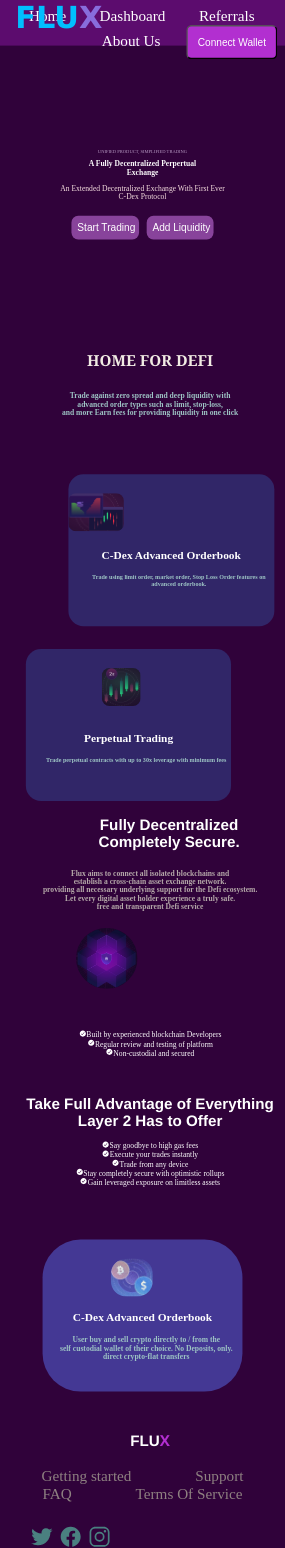
Repository: Tobby004/Flux-figma
Page: index.html
The author's editor kept a copy of each file at every save. The page is drawn from the files as they stood at one save, then again after the next save.
The browser window is 375 px wide. The pictures show the whole page, at 76% of full size.

Above is the page before, as saved 2023-04-28 21:44:25.

### index.html
<!DOCTYPE html>
<html lang="en">
<head>
    <meta charset="UTF-8">
    <meta http-equiv="X-UA-Compatible" content="IE=edge">
    <meta name="viewport" content="width=device-width, initial-scale=1.0">
    <title>Flux Template</title>
    <link rel="stylesheet" href="style.css">
</head>
<body>
    <header>
        <b>FLU<a>X</a></b>
    </header>
   <nav>
    <ul>
        <li><a href="#">Home</a></li>
        <li><a href="#">Dashboard</a></li>
        <li><a href="#">Referrals</a></li>
        <li><a href="#">About Us</a></li>
        <button>Connect Wallet</button>
    </ul>
   </nav>
    <br><br>
    <h4>UNIFIED PRODUCT, SIMPLIFIED TRADING</h4>
    <h2> A Fully Decentralized Perpertual <br>Exchange </h2>
    <p>An Extended Decentralized Exchange With First Ever <br>C-Dex Protocol</p>
    <div class="button">
        <input type="button" value="Start Trading">
        <input type="button" value="Add Liquidity">
    </div>
<br>
<br>
<div class="section1">
    <h4>HOME FOR DEFI</h4>
    <p>Trade against zero spread and deep liquidity with<br> advanced order types such as limit, stop-loss,<br> and more Earn fees for providing liquidity in one click</p>
</div>
<br><br>
<div class="box">
    <div class="box1">
       <img src="img1.jpg">
  <h3>C-Dex Advanced Orderbook</h3>
  <p>Trade using limit order, market order, Stop Loss Order features on <br>advanced orderbook.</p>
    </div>
    <div class="box2">
        <img src="img2.jpg">
        <h3>Perpetual Trading</h3>
        <p>Trade perpetual contracts with up to 30x leverage with minimum fees</p>
    </div>
</div>
<section>
    <h1>Fully Decentralized <br>Completely Secure.</h1>
    <h6>Flux aims to connect all isolated blockchains and <br>establish a cross-chain asset exchange network.<br>providing all necessary underlying support for the Defi ecosystem.<br> Let every digital asset holder experience a truly safe.<br>free and transparent Defi service</h6>
    <img src="IMG3.jpg">
</section>
    <checkbox>
       <a><ion-icon name="checkmark-circle"></ion-icon>Built by experienced blockchain Developers</i></a>
       <a><ion-icon name="checkmark-circle"></ion-icon>Regular review and testing of platform</a>
       <a><ion-icon name="checkmark-circle"></ion-icon>Non-custodial and secured</a>
       </checkbox>
    <h1>Take Full Advantage of Everything <br>Layer 2 Has to Offer</h1>
    <checkbox>
        <a><ion-icon name="checkmark-circle"></ion-icon>Say goodbye to high gas fees</a>
        <a><ion-icon name="checkmark-circle"></ion-icon>Execute your trades instantly</a>
        <a><ion-icon name="checkmark-circle"></ion-icon>Trade from any device</a>
        <a><ion-icon name="checkmark-circle"></ion-icon>Stay completely secure with optimistic rollups</a>
        <a><ion-icon name="checkmark-circle"></ion-icon>Gain leveraged exposure on limitless assets</a>
    </checkbox>
   <div class="boxing">
    <div class="box3">
        <img src="img5.jpg">
        <h3>C-Dex Advanced Orderbook</h3>
        <p>User buy and sell crypto directly to / from the <br>self custodial wallet of their choice. No Deposits, only. direct crypto-flat transfers</p>
    </div>
   </div>
   <footer>
    <h1>FLU<b>X</b></h1>
    <div class="navmenu">
        <ul>
        <li><a href="#">Getting started</a></li>
        <li><a href="#">Support</a></li>
        <li><a href="#">FAQ</a></li>
        <li><a href="#">Terms Of Service</a></li>
        </ul>
    </div>
    <icon1>
    <ion-icon name="logo-twitter"></ion-icon>
    <ion-icon name="logo-facebook"></ion-icon>
    <ion-icon name="logo-instagram"></ion-icon>
    </icon>
   </footer>
   <span></span>
</body>
<script type="module" src="https://unpkg.com/ionicons@7.1.0/dist/ionicons/ionicons.esm.js"></script>
</html>

### style.css
*{
    box-sizing: border-box;
}
body {
    margin: 0;
    padding: 0;
    background-color: #30023a;
}
nav {
    background-color: #5c0c6e;
    height: 60px;
}
nav ul {
    margin: auto;
    text-align: end;
    padding: 10px;
}
nav li {
display: inline-block;
}
header b {
    font-family: Verdana, Geneva, Tahoma, sans-serif;
    color: deepskyblue;
    position: absolute;
    margin-left: 20px;
    font-size: 40px;
}
header b:hover{
    transition: all 2s;
    color: black;
    background: cornsilk;
}
header b a{
    color: rgb(136, 109, 220);
}
nav a {
    text-decoration: none;
    padding: 10px;
    color: white;
    font-size: 20px;
    margin-right: 20px;
}
li a:hover{
    color: yellow;
    background: wheat ;
    transition: all 4s;
    padding: 5px;
}
button{
    padding: 13px;
    background: #b22fd0;
    border-radius: 7px;
    color: white;
}
h4 {
    margin-top: 100px;
    text-align: center;
    color: rgb(185, 156, 197);
}
h2 {
    text-align: center;
    font-size: 50px;
    color: white;
}
p {
    text-align: center;
    color: rgb(248, 225, 225);
}
.button {
    display: flex;
    padding: 10px;
    gap: 10px;
    justify-content: center;
}
input[type="button"]{
    padding: 20px;
    width: 150px;
    border-radius: 9px;
    border: none;
    color: white;
    background-color: rgb(136, 67, 155);
}
 div h4 {
    color: rgb(241, 235, 227);
    font-size: 40px;
    font-weight: lighter;

}
 div p {
    color: rgb(158, 197, 197);
    font-size: 20px;
    font-weight: lighter;
}
.box {
    display: flex;
    gap: 20px;
    margin-left: 100px;
}
.box1{
    height: 290px;
    width: 580px;
    background-color: rgb(49, 38, 104);
    border-radius: 20px;
}
.box1 h3 {
    text-align: center;
    color: white;
    font-size: 25px;
    margin-top: 20px;
}
.box1 p {
    text-align: center;
}
.box1 img{
    margin-top: 25px;
    height: 120px;
    border-radius: 10px;
   margin-left: 200px;
}
.box2 {
    height: 290px;
    width: 580px;
    background-color: rgb(49, 38, 104);
    border-radius: 20px;
}
.box2 h3{
    text-align: center;
    font-size: 25px;
    color: white;
    margin-top: 30px;
}
.box2 p {
    text-align: center;
}
.box2 img {
    margin-top: 25px;
    height: 120px;
    border-radius: 10px;
   margin-left: 200px;
}
section h1 {
    margin-left: 70px;
    color: white;
    font-size: 50px;
    margin-top: 100px;
}
section img{
    height: 350px;
    border-radius: 45px;
    border: none;
   margin-left: 100px;
   margin-bottom: 50px;

}
section h6 {
    color: rgb(182, 170, 170);
    font-size: 20px;
    margin-left: 70px;
}

checkbox a {
    display: block;
    font-size: 20px;
    position: relative;
    color: white;
    margin-left: 70px;
}

h1 {
    color: white;
    font-size: 50px;
    margin-top: 50px;
    margin-left: 70px;
}
.boxing{
    margin-top: 70px;
}
.box3 {
    margin-bottom: 300px;
    margin: auto;
    height: 320px;
    width: 980px;
    border-radius: 50px;
    border: none;
    background: rgb(68, 56, 148);
}
.box3 img {
  margin-top: 25px;
  height: 80px;
  margin-left: 400px;
  border-radius: 20px;
}
.box3 h3{
    text-align: center;
    color: white;
    font-size: 25px
}
footer h1 {
    text-align: center;
}
footer b {
    color: #b22fd0;
    font-family: 'Segoe UI', Tahoma, Geneva, Verdana, sans-serif;
}
.navmenu ul {
    margin: auto;
    text-align: center;
    padding: 10px;
}
.navmenu li {
    display: inline-block;
}
.navmenu a {
    text-decoration: none;
    font-size: 20px;
    padding: 40px;
    color: rgb(142, 129, 129);
}
footer span {
    font-size: 30px;
    color: rgb(221, 194, 194);
}
icon1 {
    display: flex;
    gap: 8px;
    margin-top: 20px;
    margin-left: 40px;
    color: rgb(74, 128, 128);
    font-size: 30px;
}


@media screen and (max-width:500px)
{
 h4 {
    font-size: 6px;
    text-align: center;
    font-weight: lighter;
 }
 h2 {
    font-size: 10px;
    text-align: center;

 }
 input[type="button"]{
    padding: 8px;
    display: flex;
    justify-content: center;
    width: 25%;
 }
div h4 {
    font-size: 20px;
    text-align: center;
    font-weight: bolder;
    margin-left: 20px;
    font-family: Georgia, 'Times New Roman', Times, serif;
}
p {
    font-size: 10px;
    text-align: center;
}
 div p {
    font-size: 10px;
    text-align: center;
    font-weight: bolder;
    margin-left: 20px;
 }
 .box {
    display: inline-block;
    margin-inline: 20px;
    gap: 30px;
    margin-left: auto;
    margin-right: auto;
 }
 .box1{
    margin-top: 30px;
    height: 200px;
    width: 80%;
    margin-left: 90px;

 }
 .box1 img {
    height: 50px;
    margin-right: auto;
    margin-left: auto;
 }
 .box1 h3{
   font-size: 15px;

 }
 .box1 p{
    font-size: 8px;

 }
 .box2 {
    margin-top: 30px;
    height: 200px;
    width: 80%;
    margin-left: auto;
    margin-right: auto;
 }
 .box2 img {
   height: 50px;
   margin-left: 100px;

 }
 .box2 h3 {
   font-size: 15px;
 }
 .box2 p {
   font-size: 8px;
 }
 section img {
    height: 80px;
    margin-left: 100px;
 }
 section h1 {
    margin-top: 20px;
    text-align: center;
    font-size: 20px;
    margin-top: 20px;
 }
 section h6 {
    font-size: 10px;
    text-align: center;
    margin-left: 20px;
 }
 h1 {
    font-size: 20px;
    font-family: 'Franklin Gothic Medium', 'Arial Narrow', Arial, sans-serif;
    margin-left: 20px;
    text-align: center;
 }
 checkbox a {
    font-size: 10px;
    margin-left: 20px;
    text-align: center;
 }
 .box3 {
    height: 200px;
    width: 70%;
 }
.box3 img {
    height: 50px;
    margin-left: 90px;
}
.box3 h3 {
    font-size: 15px;

}
.box3 p{
font-size: 10px;
margin-left: 10px;
}
}

After the next save:
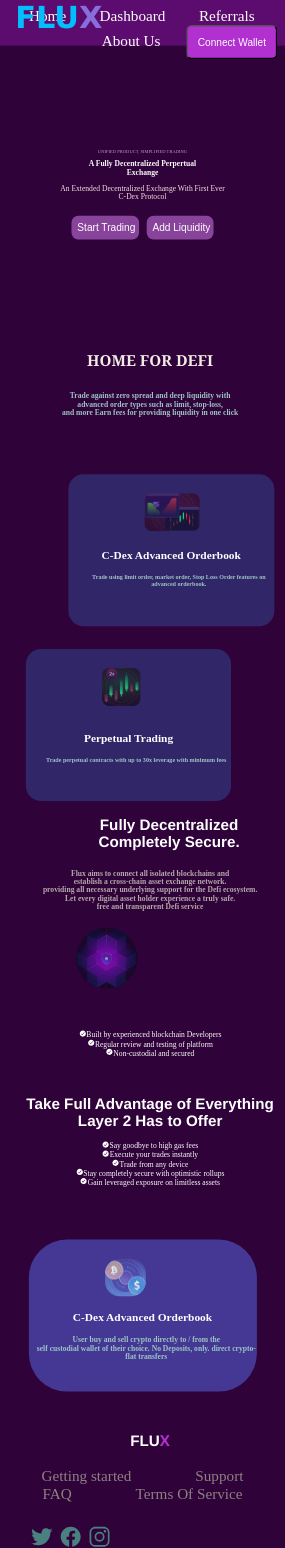
Saved 3 min 41 s later.
--- a/style.css
+++ b/style.css
@@ -281,8 +281,7 @@ p {
  }
  .box1 img {
     height: 50px;
-    margin-right: auto;
-    margin-left: auto;
+    margin-left: 100px;
  }
  .box1 h3{
    font-size: 15px;
@@ -338,11 +337,11 @@ p {
  }
  .box3 {
     height: 200px;
-    width: 70%;
+    width: 80%;
  }
 .box3 img {
     height: 50px;
-    margin-left: 90px;
+    margin-left: 100px;
 }
 .box3 h3 {
     font-size: 15px;
